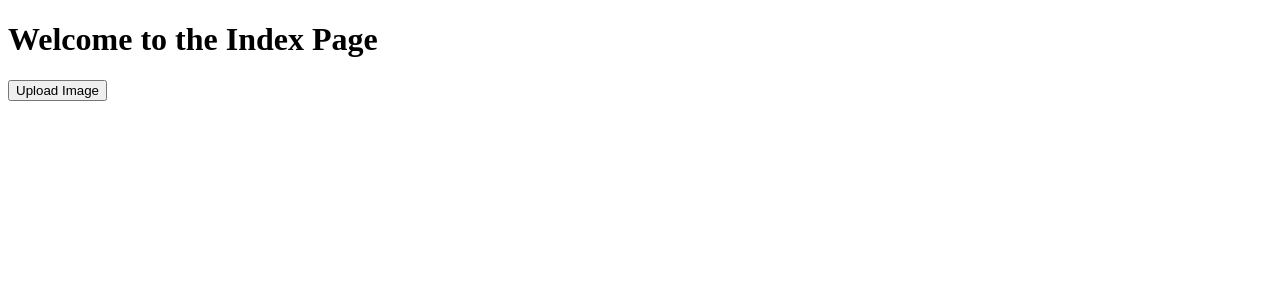
Repository: Rida702/ServerTesting
Page: http://localhost/
An editor plug-in stored every save of this project. The page is shown before and after a run of saves, followed by the edit.
The browser window is 1280 px wide. The pictures show the whole page.
The page is served by the project's application, run on Django 5.2 (manage.py). Other server files are loaded and not shown.

Above is the page before, as saved 2023-12-31 23:38:54.

### backend/templates/index.html
<!-- your_app_name/templates/index.html -->
<!DOCTYPE html>
<html lang="en">
<head>
    <meta charset="UTF-8">
    <meta name="viewport" content="width=device-width, initial-scale=1.0">
    <title>Index Page</title>
</head>
<body>
    <h1>Welcome to the Index Page</h1>

    <!-- upload.html -->
    <form method="post" enctype="multipart/form-data">
        {% csrf_token %}
        {{ form }}
        <button type="submit">Upload Image</button>
    </form>

</body>
</html>

### backend/imageApp/views.py
# views.py
from django.shortcuts import render
from .forms import ImageUploadForm
from PIL import Image
import os
from django.conf import settings
from django.core.files import File

def index_view(request):
    return render(request, 'index.html')

def upload_view(request):
    return render(request, 'upload.html')


def grayscale_image(image_path):
    img = Image.open(image_path).convert('L')
    save_path = os.path.join('media', 'grayscaled')
    print(save_path)
    #save_path = os.path.join(settings.MEDIA_ROOT, 'grayscaled')
    os.makedirs(save_path, exist_ok=True)
    grayscale_filename = f"grayscaled_{os.path.basename(image_path)}"
    grayscale_path = os.path.join(save_path, grayscale_filename)

    # Use Django's File class to handle file saving
    with open(grayscale_path, 'wb') as f:
        img.save(f, format="JPEG")

    return grayscale_path

def upload_image(request):
    if request.method == 'POST':
        form = ImageUploadForm(request.POST, request.FILES)
        if form.is_valid():
            uploaded_image = form.save()


            grayscale_path = grayscale_image(uploaded_image.image.path)
            print(f"Original Image Path: {uploaded_image.image.path}")
            print(f"Grayscale Image Path: {grayscale_path}")

            # Construct the relative path manually
            relative_path = os.path.relpath(grayscale_path, settings.MEDIA_ROOT)

            # Ensure there is no leading slash
            relative_path = relative_path.lstrip('/')

            uploaded_image.grayscale_image = f'media/{relative_path}'
            uploaded_image.save()
            grayscale_path = grayscale_image(uploaded_image.image.path)
            print(f"Original Image Path: {uploaded_image.image.path}")
            print(f"Grayscale Image Path: {grayscale_path}")

            return render(request, 'result.html', {'uploaded_image': uploaded_image})
    else:
        form = ImageUploadForm()
    return render(request, 'upload.html', {'form': form})

### backend/core/urls.py
from django.conf import settings
from django.conf.urls.static import static
from django.contrib import admin
from django.urls import path, include
from imageApp.views import index_view, upload_image

urlpatterns = [
    path("admin/", admin.site.urls),
    path('', index_view, name='index'),
    #path('', include('imageApp.urls')),
    #path('upload/', upload_image, name='upload_image'),
    path('', upload_image, name='upload_image'),
]

if settings.DEBUG:
    urlpatterns += static(settings.MEDIA_URL, document_root=settings.MEDIA_ROOT)

After the next 2 saves:
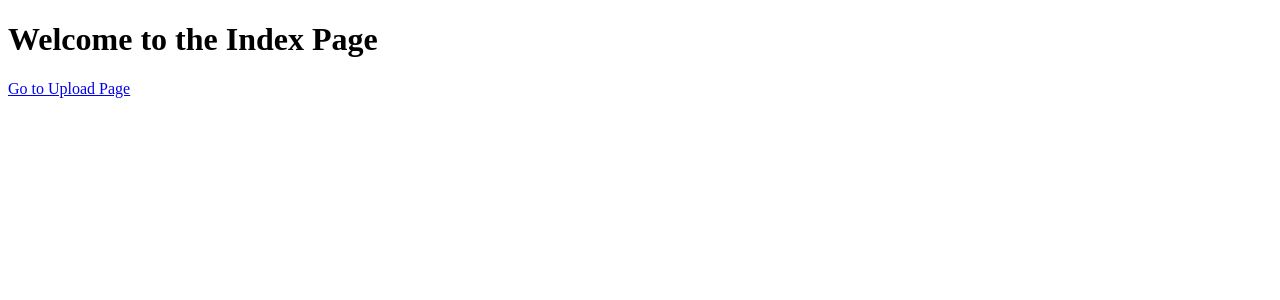
The 2 saves are shown as one change because 1 did not build or start.
The last was saved 40 s later.
--- a/backend/templates/index.html
+++ b/backend/templates/index.html
@@ -8,13 +8,6 @@
 </head>
 <body>
     <h1>Welcome to the Index Page</h1>
-
-    <!-- upload.html -->
-    <form method="post" enctype="multipart/form-data">
-        {% csrf_token %}
-        {{ form }}
-        <button type="submit">Upload Image</button>
-    </form>
-
+    <a href="{% url 'upload_image' %}">Go to Upload Page</a>
 </body>
 </html>
